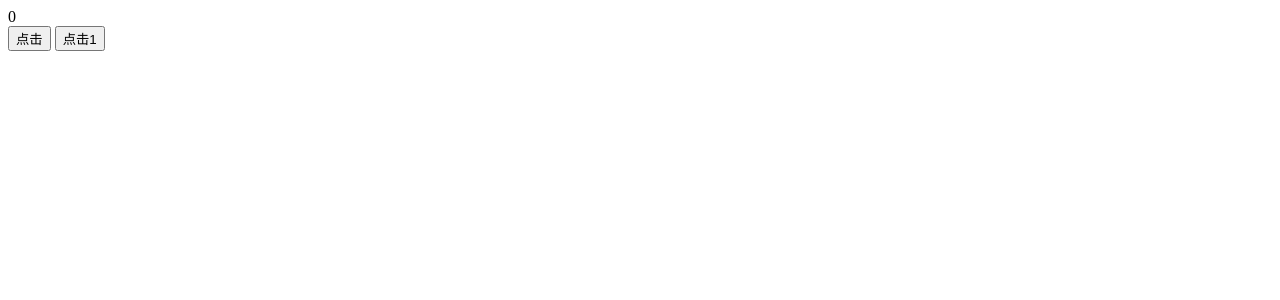
Repository: wweewweehouzi/Eonkey
Page: 2020.04.01/index.html
These files come from the project's save history. The page is drawn as it stood at one moment and after the next save; the edit follows.
The browser window is 1280 px wide. The pictures show the whole page.

Above is the page before, as saved 2020-04-01 17:19:06.

After the next save:
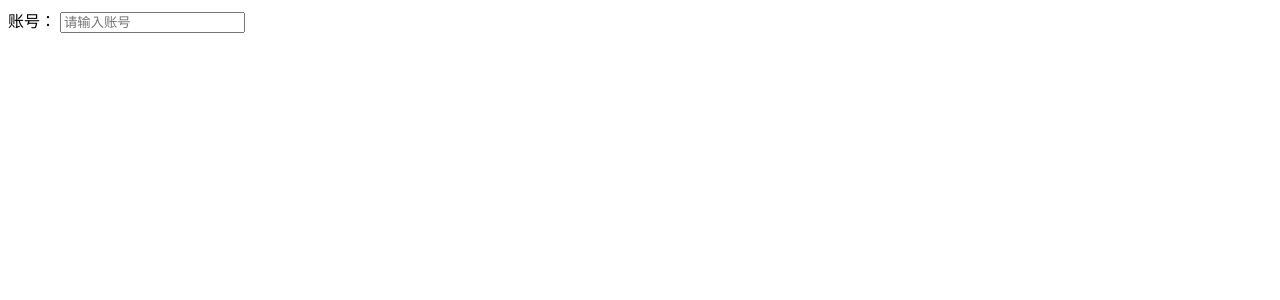
Saved 15 min 58 s later.
--- a/2020.04.01/index.html
+++ b/2020.04.01/index.html
@@ -11,11 +11,13 @@
 
 <body>
     <div id="app">
-        <div>{{num}}</div>
-        <div>
-            <button v-on:click='num++'>点击</button>
-            <button @click='fn(3)'>点击1</button>
-        </div>
+        <form action="">
+            <label for="username">
+                账号：
+                <input type="text" placeholder="请输入账号" name="username">
+            </label>
+        </form>
+
     </div>
 
     <script>
